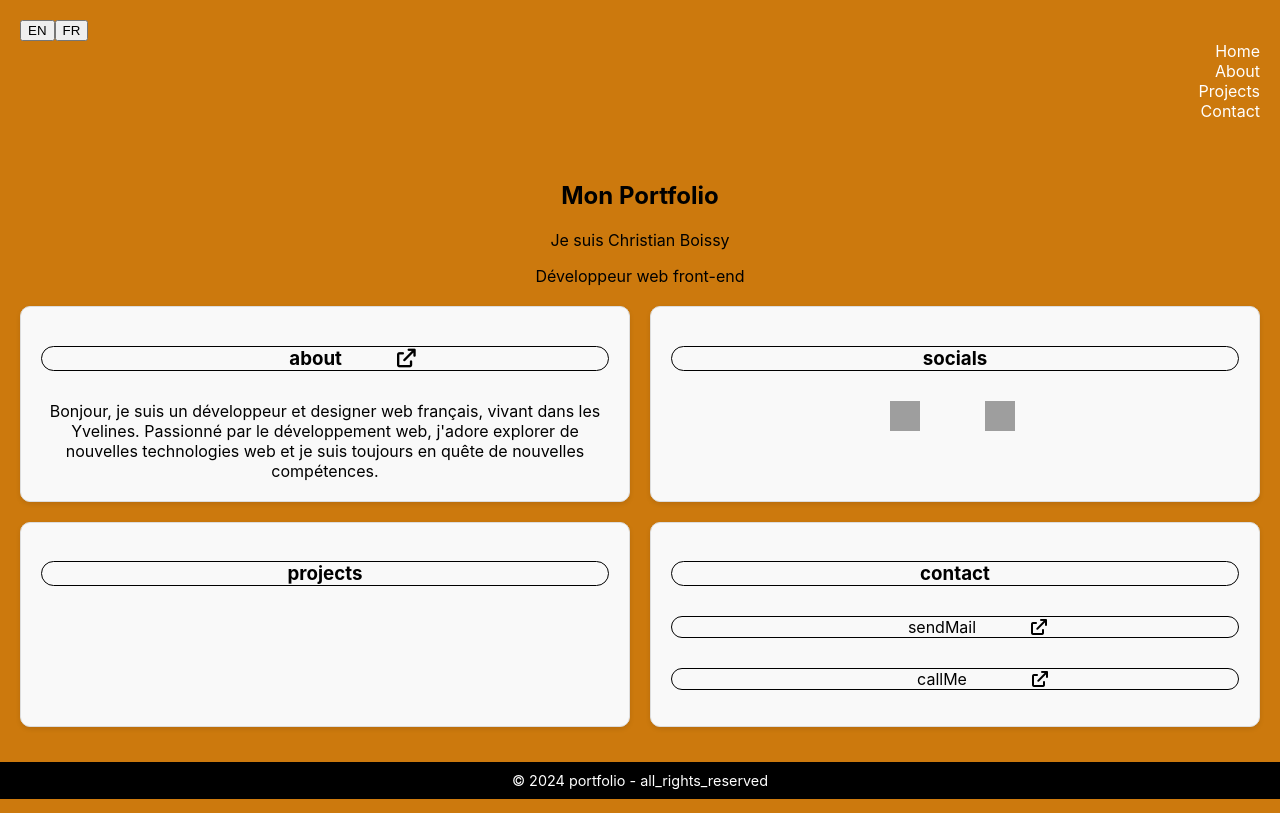
Repository: Christian121966/mon-portfolio
Page: /
These files come from the project's save history. The page is drawn as it stood at one moment and after a run of saves; the edit follows.
The browser window is 1280 px wide. The pictures show the whole page.
Pictures or frames that could not be fetched are drawn as grey boxes. The project was rebuilt for these pictures with package versions that can differ from the ones it lists, and the page was loaded fresh each time. Also part of the build but not shown: src/pages/AboutPage/AboutPage.scss, src/pages/AboutPage/AboutPage.js, src/pages/ProjectsPage/ProjectsPage.js, src/pages/ContactPage/ContactPage.js. Imported but missing from the stored project, and not drawn on this page: src/i18next.

Above is the page before, as saved 2024-07-24 14:43:11.

### src/index.js
import React from 'react';
import ReactDOM from 'react-dom/client';
import '../src/index.css';
import App from './App';
import '../src/i18next';
import reportWebVitals from './reportWebVitals';

const root = ReactDOM.createRoot(document.getElementById('root'));
root.render(
  <React.StrictMode>
    <App />
  </React.StrictMode>
);

// If you want to start measuring performance in your app, pass a function
// to log results (for example: reportWebVitals(console.log))
// or send to an analytics endpoint. Learn more: https://bit.ly/CRA-vitals
reportWebVitals();

### src/App.js
import React from 'react';
import { BrowserRouter as Router, Route, Routes } from 'react-router-dom';
import HomePage from '../src/pages/HomePage/HomePage';
import AboutPage from '../src/pages/AboutPage/AboutPage';
import ProjectsPage from '../src/pages/ProjectsPage/ProjectsPage';
import ContactPage from './pages/ContactPage/ContactPage';
import Header from '../src/components/Header/Header';
import Footer from '../src/components/Footer/Footer';

function App() {
  return (
    <Router>
      <Header />
      <Routes>
      <Route path="/" element={<HomePage />} />
        <Route path="/about" element={<AboutPage />} />
        <Route path="/projects" element={<ProjectsPage />} />
        <Route path="/contact" element={<ContactPage />} />
      </Routes>
      <Footer />
    </Router>
  );
}

export default App;

### src/pages/HomePage/HomePage.js
// src/pages/HomePage.js
import React, { useState, useEffect } from 'react';
import { useTranslation } from 'react-i18next';
import './HomePage.scss';

const HomePage = () => {
  const [phoneNumberVisible, setPhoneNumberVisible] = useState(false);
  const { t } = useTranslation();

  useEffect(() => {
    if (phoneNumberVisible) {
      const timer = setTimeout(() => {
        setPhoneNumberVisible(false);
      }, 20000);

      return () => clearTimeout(timer);
    }
  }, [phoneNumberVisible]);

  const showPhoneNumber = (event) => {
    event.preventDefault();
    setPhoneNumberVisible(true);
  };

  return (
    <div className="homepage">
      <h2>{t('Mon Portfolio')}</h2>
      <span className='homepage__name'>{t('Je suis Christian Boissy')}</span>
      <p className="homepage__profession">{t('Développeur web front-end')}</p>
      <div className="homepage__cards">
        <div className="card">
          <h3>
            {t('about')}
            <a href="/about" className="propos__link">
              <i className="fa-solid fa-arrow-up-right-from-square"></i>
            </a>
          </h3>
          <span className='propos'>
            Bonjour, je suis un développeur et designer web français, vivant dans les Yvelines. Passionné par le développement web, j'adore explorer de nouvelles technologies web et je suis toujours en quête de nouvelles compétences.
          </span>
        </div>
        <div className="card">
          <h3>{t('socials')}</h3>
          <a href="https://github.com/votre-profil" target="_blank" rel="noopener noreferrer">
            <img className='github' width="30" height="30" src="https://img.icons8.com/ios-glyphs/30/github.png" alt="github"/>
          </a>
          <a href="https://www.linkedin.com/in/votre-profil" target="_blank" rel="noopener noreferrer">
            <img className='linkedin' width="30" height="30" src="https://img.icons8.com/ios-glyphs/30/linkedin.png" alt="linkedin"/>
          </a>
        </div>
        <div className="card">
          <h3>{t('projects')}</h3>
        </div>
        <div className="card">
          <h3>{t('contact')}</h3>
          <p className='mail'>
            {t('sendMail')}
            <a href="mailto:boissychristian@gmail.com" className="contact__link">
              <i className="fa-solid fa-arrow-up-right-from-square"></i>
            </a>
          </p>
          <p className='phone'>
            {t('callMe')}
            <button className="contact_phone__link" onClick={showPhoneNumber}>
              <i className="fa-solid fa-arrow-up-right-from-square"></i>
            </button>
          </p>
          {phoneNumberVisible && (
            <p id="phone">
              0669311966
            </p>
          )}
        </div>
      </div>
    </div>
  );
};

export default HomePage;

### src/components/Header/Header.js
// src/components/Header/Header.js
import React from 'react';
import { useTranslation } from 'react-i18next';
import '../Header/Header.scss';

function Header() {
  const { i18n } = useTranslation();

  const changeLanguage = (lng) => {
    if (i18n && typeof i18n.changeLanguage === 'function') {
      i18n.changeLanguage(lng);
    } else {
      console.error('i18n.changeLanguage is not a function');
    }
  };


  return (
    <header className="header">
      <div className="header__language-buttons">
        <button onClick={() => changeLanguage('en')}>EN</button>
        <button onClick={() => changeLanguage('fr')}>FR</button>
      </div>
      <nav className="header__nav">
        <a href="/" className="header__link">Home</a>
        <a href="/about" className="header__link">About</a>
        <a href="/projects" className="header__link">Projects</a>
        <a href="/contact" className="header__link">Contact</a>
      </nav>
    </header>
  );
}

export default Header;

### src/components/Footer/Footer.js
// src/components/Footer/Footer.js
import React from 'react';
import { useTranslation } from 'react-i18next';
import '../../components/Footer/Footer.scss';

function Footer() {
  const { t } = useTranslation();

  return (
    <footer>
      <p className="footer__text">© 2024 {t('portfolio')} - {t('all_rights_reserved')}</p>
    </footer>
  );
}

export default Footer;

### src/pages/HomePage/HomePage.scss
@import '../../styles/abstracts/variables';
@import '../../styles/abstracts/mixins';

// src/pages/HomePage.scss

.homepage {
    padding: 20px;

    h2 {
      text-align: center;
    }

    .homepage__name {
      display: flex;
      justify-content: center;
      align-items: center;
    }

    .homepage__profession {
      display: flex;
      justify-content: center;
      align-items: center;
    }

    .homepage__cards {
      display: grid;
      grid-template-columns: 1fr 1fr;
      gap: 20px;
      margin-top: 20px;

      @media (max-width: 768px) {
        grid-template-columns: 1fr;
      }

      .card {
        background-color: #f9f9f9;
        border: 1px solid #ddd;
        border-radius: 10px;
        padding: 20px;
        box-shadow: 0 2px 5px rgba(0, 0, 0, 0.1);
        text-align: center;

        h3 {
          margin-bottom: 30px;
          border: 1px solid #000;
          border-radius: 35px;

          a.propos__link {
            text-decoration: none;
            color: #000;
          }

          .fa-solid.fa-arrow-up-right-from-square {
            position: relative;
            left: 55px;
            cursor: pointer;
        }

        .propos {
            font-size: 0.9rem;
            text-align: justify;
            display: flex;
          }
      }
        .github {
            position: relative;
            left: -35px;
            cursor: pointer;
        }

        .linkedin {
            position: relative;
            left: 30px;
            cursor: pointer;
        }

        .mail {
            border: 1px solid #000;
            border-radius: 35px;
            margin-bottom: 30px;

            .contact__link {
                position: relative;
                left: 45px;
                color: #000;
                cursor: pointer;
            }
        }

        .phone {
            border: 1px solid #000;
            border-radius: 35px;

            .contact_phone__link {
                position: relative;
                left: 55px;
                color: #000;
                cursor: pointer;
            }
        }

        .contact__link, .contact_phone__link {
            margin-left: 10px;
            color: inherit;
            text-decoration: none;
        }

        .contact_phone__link {
            background: none;
            border: none;
            color: inherit;
            font: inherit;
            cursor: pointer;
            display: inline;
            padding: 0;
        }

    }
  }
}

### src/components/Header/Header.scss
// src/styles/components/_header.scss
@import '../../styles/abstracts/variables';
@import '../../styles/abstracts/mixins';

.header {
  //background-color: $primary-color;
  padding: 20px;

  &__nav {
    display: flex;
    flex-direction: column;
    justify-content: end;
    align-items: end;
  }

  &__link {
    color: white;
    text-decoration: none;

    &:hover {
      text-decoration: underline;
    }
  }

  /* src/components/Header/Header.scss */

.header__language-buttons {
  display: flex;
  align-items: center;
}

.control__lang {
  display: flex;
  align-items: center;
  background-color: #007bff;
  color: #ffffff;
  border: none;
  border-radius: 5px;
  padding: 8px 16px;
  cursor: pointer;
  position: relative;
  font-size: 16px;
  outline: none;
}

.control__lang_side {
  margin: 0 8px;
}

.control__lang_switch {
  position: absolute;
  top: 50%;
  left: 50%;
  transform: translate(-50%, -50%);
  background-color: #ffffff;
  border-radius: 50%;
  width: 24px;
  height: 24px;
  transition: transform 0.3s ease;
}

.control__lang[aria-checked="true"] .control__lang_switch {
  transform: translate(calc(-50% + 100%), -50%);
}

.control__lang_switch span {
  display: block;
  width: 100%;
  height: 100%;
}

}

### src/components/Footer/Footer.scss
@import '../../styles/abstracts/variables';
@import '../../styles/abstracts/mixins';

p.footer__text {
    color: white;
    text-align: center;
    padding: 10px;
    background-color: $primary-color;
    @include flex-center;
    font-size: 0.9rem;
}

### src/styles/abstracts/_variables.scss
// src/styles/abstracts/_variables.scss

// Couleurs
$primary-color: #000;
$secondary-color: #2ecc71;
$tertiary-color: #3498db;;
$font-color: #333;
$background-color: #f5f5f5;

// Fonts
$font-stack: 'Helvetica, sans-serif';

// Autres variables
$border-radius: 5px;

### src/styles/abstracts/_mixins.scss
// src/styles/abstracts/_mixins.scss

@mixin flex-center {
    display: flex;
    justify-content: center;
    align-items: center;
  }

  @mixin responsive-font-size($size) {
    font-size: $size;

    @media (max-width: 600px) {
      font-size: $size * 0.8;
    }
  }

Loaded but not shown: public/index.html (common file); src/index.css (common file); src/reportWebVitals.js (common file)

After the next 2 saves:
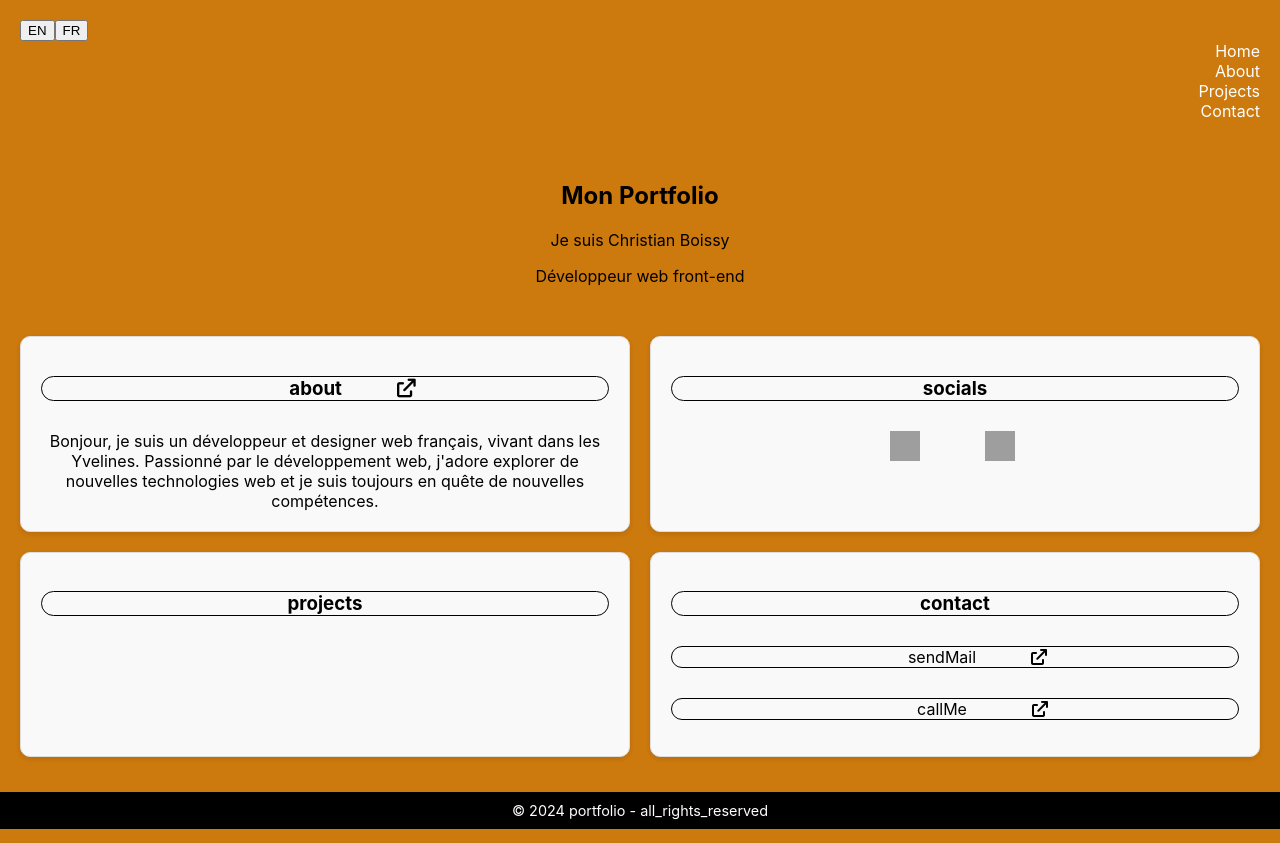
The 2 saves are shown as one change because they came seconds apart.
The last was saved 55 s later.
--- a/src/pages/HomePage/HomePage.scss
+++ b/src/pages/HomePage/HomePage.scss
@@ -20,6 +20,7 @@
       display: flex;
       justify-content: center;
       align-items: center;
+      margin-bottom: 50px;
     }
 
     .homepage__cards {
